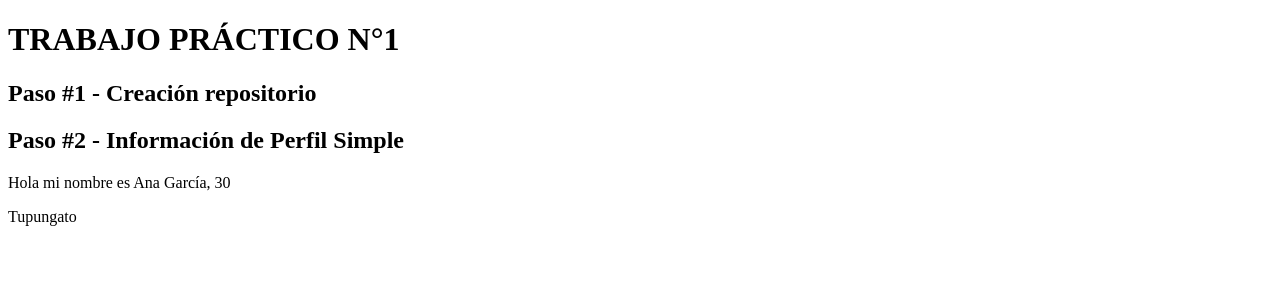
Repository: SofiaSferco/PWA
Page: practico01/index.html
These files come from the project's save history. The page is drawn as it stood at one moment and after a run of saves; the edit follows.
The browser window is 1280 px wide. The pictures show the whole page.

Above is the page before, as saved 2025-10-02 21:57:55.

### practico01/index.html
<!DOCTYPE html>
<html lang="en">
<head>
    <meta charset="UTF-8">
    <title>Trabajo Práctico 1</title>
    <script src="https://unpkg.com/vue@3/dist/vue.global.js"></script>
</head>
<body>
    <div id="app">
        <h1>TRABAJO PRÁCTICO N°1</h1>
        <h2>Paso #1 - Creación repositorio</h2>
        <h2>{{ segundopaso }}</h2>
        <p>Hola mi nombre es {{ nombre }}, {{ edad }}</p>
        <p>{{ ciudad }}</p>
    </div>
    <script>
        const { createApp } = Vue;
        createApp({
            data() {
                return {
                    segundopaso: 'Paso #2 - Información de Perfil Simple',
                    nombre: 'Ana García',
                    edad: 30,
                    ciudad: 'Tupungato'
                }
            }
        }).mount('#app');
    </script>
</body>
</html>

After the next 2 saves:
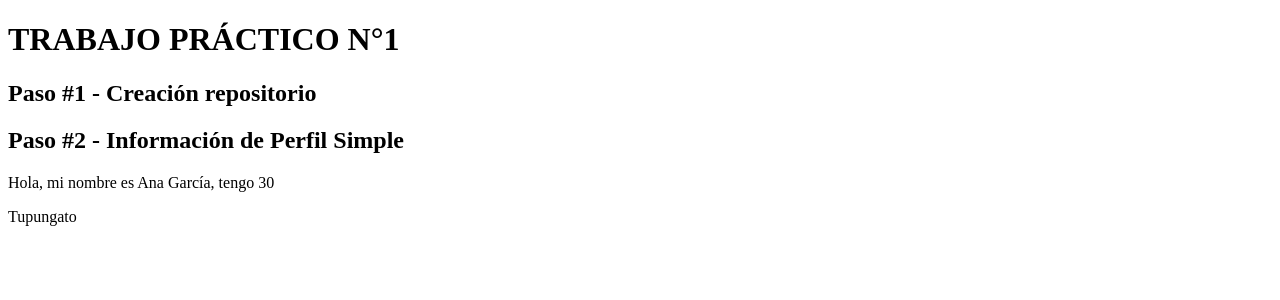
The 2 saves are shown as one change because they came seconds apart.
The last was saved 16 s later.
--- a/practico01/index.html
+++ b/practico01/index.html
@@ -10,7 +10,7 @@
         <h1>TRABAJO PRÁCTICO N°1</h1>
         <h2>Paso #1 - Creación repositorio</h2>
         <h2>{{ segundopaso }}</h2>
-        <p>Hola mi nombre es {{ nombre }}, {{ edad }}</p>
+        <p>Hola, mi nombre es {{ nombre }}, tengo {{ edad }}</p>
         <p>{{ ciudad }}</p>
     </div>
     <script>
